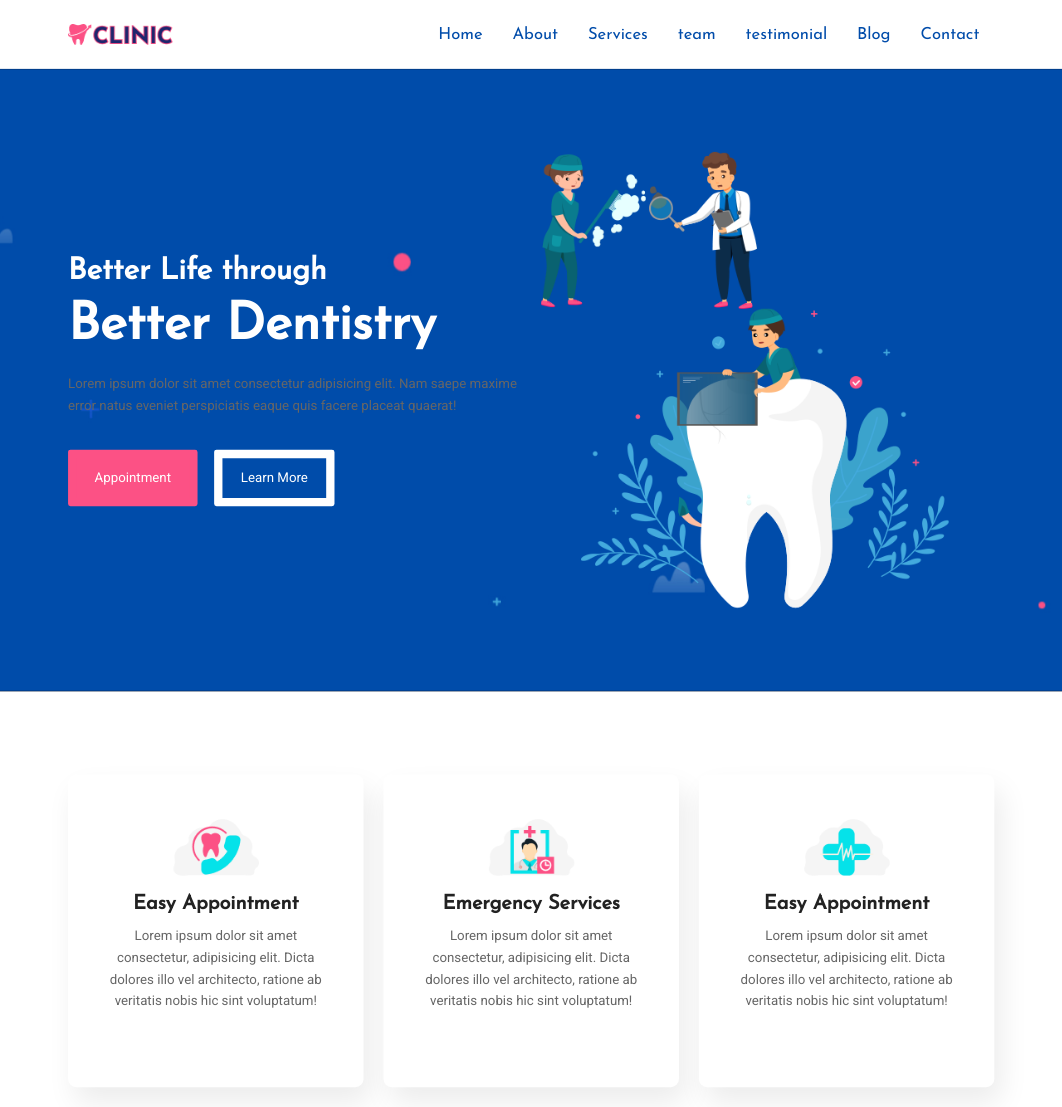
Repository: rsbappy/Project-13
Page: index.html
An editor plug-in stored every save of this project. The page is shown before and after the next save, followed by the edit.
The browser window is 1280 px wide. The pictures show the whole page, at 83% of full size.
Some web libraries are served in a nearby version.

Above is the page before, as saved 2022-08-19 11:14:34.
Console error: TypeError: Cannot read properties of null (reading 'classList')

After the next save:
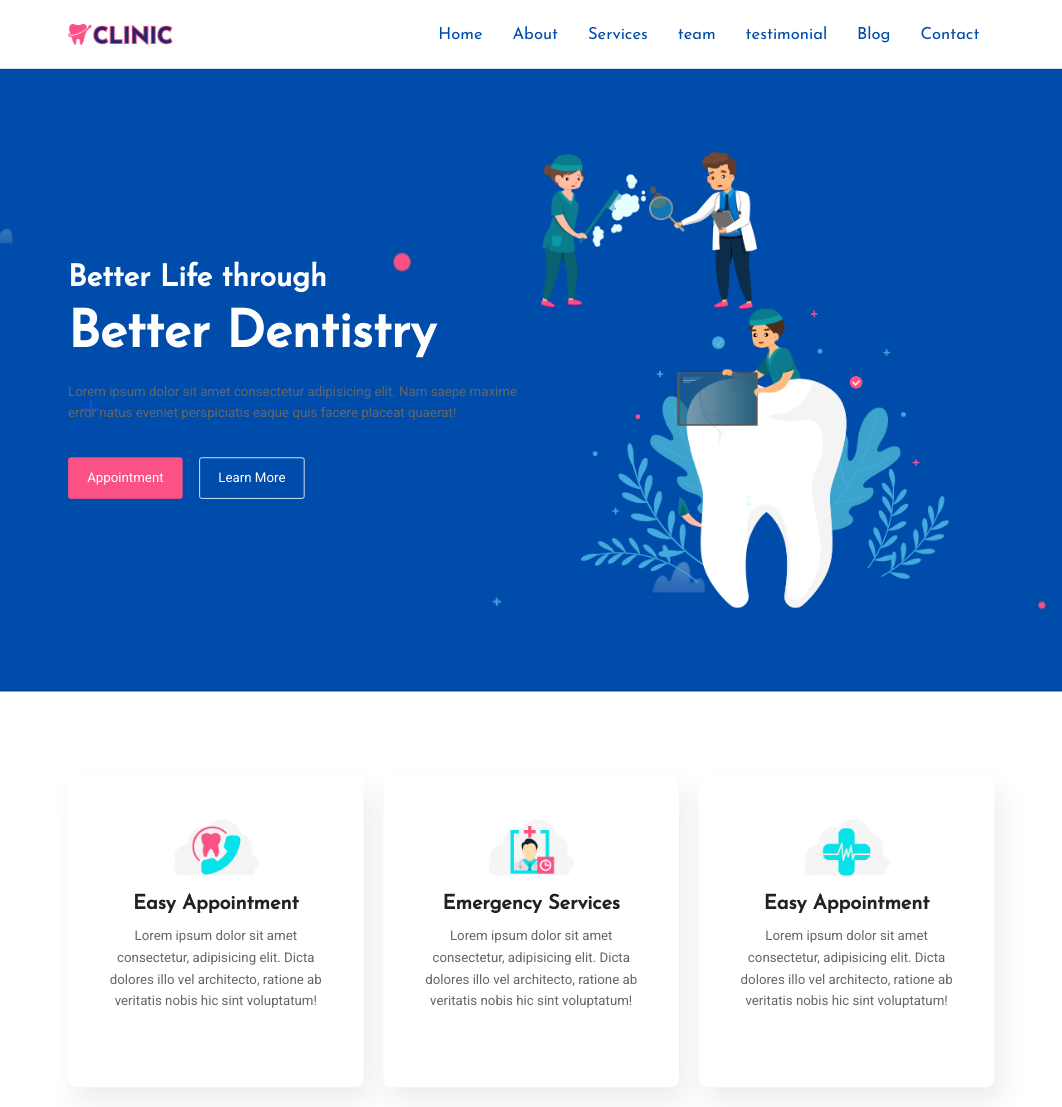
Saved 2 min 1 s later.
--- a/css/style.css
+++ b/css/style.css
@@ -70,7 +70,7 @@ a {
 
 .main-btn {
     display: inline-block;
-    border: 0.625rem solid var(--bg-white);
+    border: 0.0725rem solid var(--bg-white);
     color: var(--text-white);
     text-align: center;
     padding: .75rem 1.375rem;
